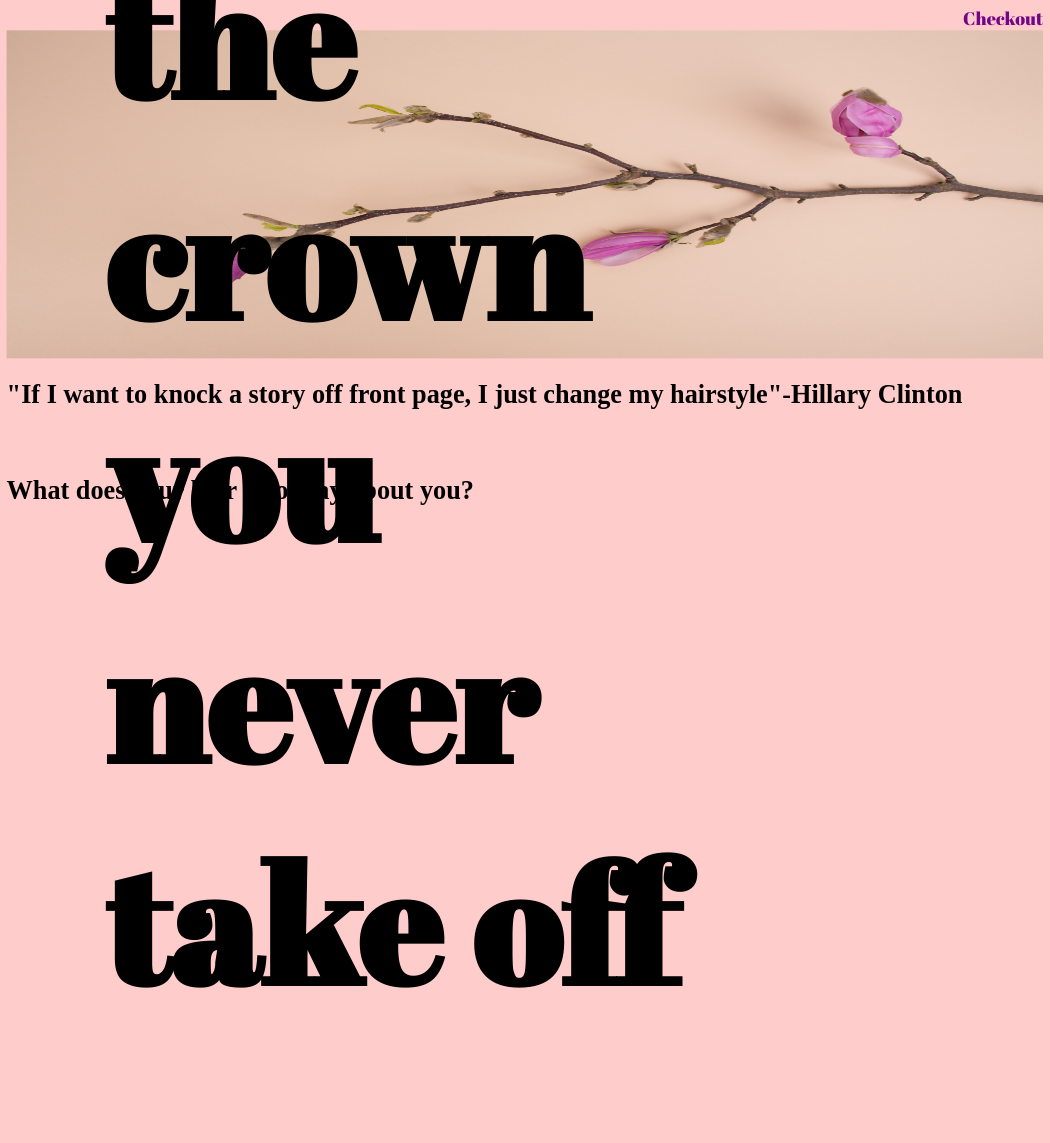
Repository: aarushi-07/Hair-and-Spa-booking-system
Page: http://localhost/salon/WEB-INF/jsp/hair.jsp
An editor plug-in stored every save of this project. The page is shown before and after the next save, followed by the edit.
The browser window is 1280 px wide. The pictures show the whole page, at 82% of full size.
The page is served by Tomcat 9. Nobody is signed in. Other server files are loaded and not shown. The template is opened directly, without the code that normally fills it, so the values that code supplies are empty.

Above is the page before, as saved 2020-07-10 07:52:16.

### salon/src/main/webapp/WEB-INF/jsp/hair.jsp
<%@ page import="java.io.*,java.util.*,java.sql.*"%>
<%@ page import="javax.servlet.http.*,javax.servlet.*"%>
<%@ taglib uri="http://java.sun.com/jsp/jstl/core" prefix="c"%>
<%@ taglib uri="http://java.sun.com/jsp/jstl/sql" prefix="sql"%>
<%@ page language="java" contentType="text/html; charset=ISO-8859-1"
	pageEncoding="ISO-8859-1"%>

<!DOCTYPE html>
<html>
<head>
<meta charset="ISO-8859-1">
<title>Haircut is all you need</title>
<link rel="stylesheet" href="../resources/css/all.css" />


<style>

table{
align:"center";
width: 70%;
}
th {
  text-align: centre;
}

@font-face {
	font-family: 'Abril Fatface';
	src : url("../resources/font/AbrilFatface-Regular.ttf");
}

@font-face{
    font-family: "Margarine";
    src: url("../resources/font/Margarine-Regular.ttf");
}

@font-face{
    font-family: "Nosifer";
    src: url("../resources/font/Nosifer-Regular.ttf");
}



</style>
</head>
<body>
	<div class="divSer">
		<a href="checkout">Checkout</a>
	</div>

	<div class="abril">
	<img src="../resources/images/bg.jpg" width=100% height=400px>
	<div class="centeredHair"><h1> Invest in your hair, it's the crown you never
		take off </h1></div>
	</div>

	<h1 class="margerine">"If I want to knock a story off front page, I just change my
		hairstyle"-Hillary Clinton</h1>
	<table align="center" >

		<c:forEach items="${style}" var="h">
			<tr>
				<td><img src="${h.img}" width="240" height="300" /></td>
				<td>${h.type}</td>
				<td>${h.price}</td>

			</tr>
		</c:forEach>
	</table>

	<br>
	<br>

	<h1 class="divf">What does your hair color say about you?</h1>
	<table >



		<c:forEach items="${color}" var="c">
			<tr>
				<td>${c.type}</td>
				<td>${c.price}</td>
				<td><img src="${c.img }" width="240" height="300" /></td>

			</tr>
		</c:forEach>
	</table>

</body>
</html>

### salon/src/main/webapp/resources/css/all.css
@charset "ISO-8859-1";

@font-face{
    font-family: "Margarine";
    src: url("../resources/font/Margarine-Regular.ttf");
}

@font-face{
    font-family: "Abril Fatface";
    src: url("../resources/font/AbrilFatface-Regular.ttf");
}


@font-face{
    font-family: "Nosifer";
    src: url("../resources/font/Nosifer-Regular.ttf");
}

.nosifer{
	font-family: "Nosifer";
	text-align: center;
}

.abril {
	font-family: 'Abril Fatface';
}


.margarine {
	font-family: "Margarine";
}

.divSer {
	border: none;
	text-align: right;
	font-family: "Abril Fatface";
	font-size: 22px;
}

a:link {
	text-decoration: none;
	font-family: "Abril Fatface";
	font-size: 22px;
	color: #740685;
}

a:hover {
	 color: #002733;

}

body {
	 background-color: #ffcccc ;
}

.centered {
  position: absolute;
  top: 20%;
  left: 50%;
  transform: translate(-50%, -50%);
}
.centeredHair {
  position: absolute;
  top: 25%;
  left: 40%;
  transform: translate(-50%, -50%);
  font-size: 100px;
}

After the next save:
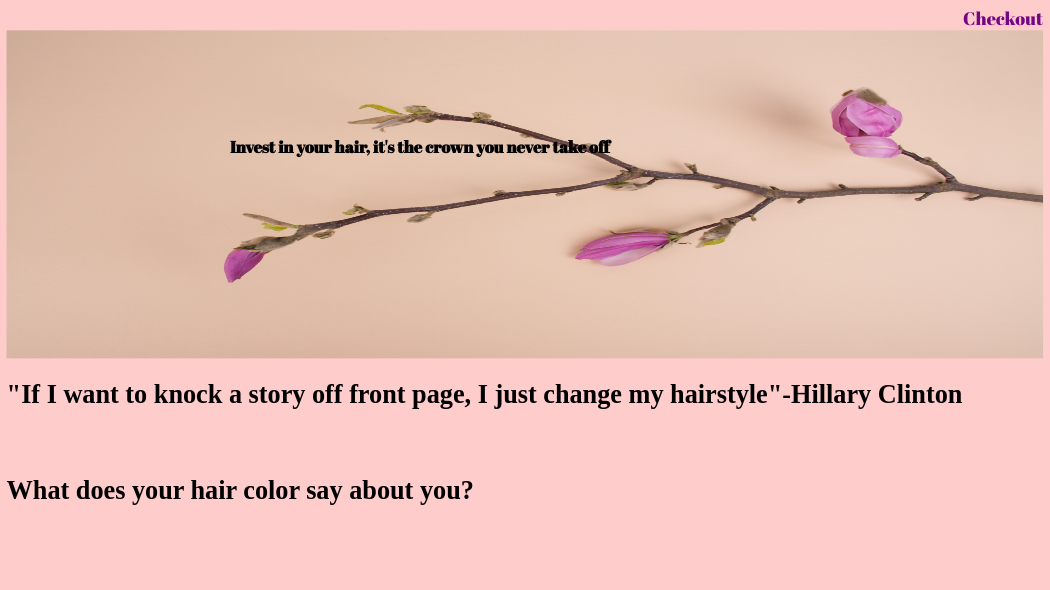
Saved 11 s later.
--- a/salon/src/main/webapp/resources/css/all.css
+++ b/salon/src/main/webapp/resources/css/all.css
@@ -64,5 +64,5 @@ body {
   top: 25%;
   left: 40%;
   transform: translate(-50%, -50%);
-  font-size: 100px;
+  font-size: 10px;
 }
